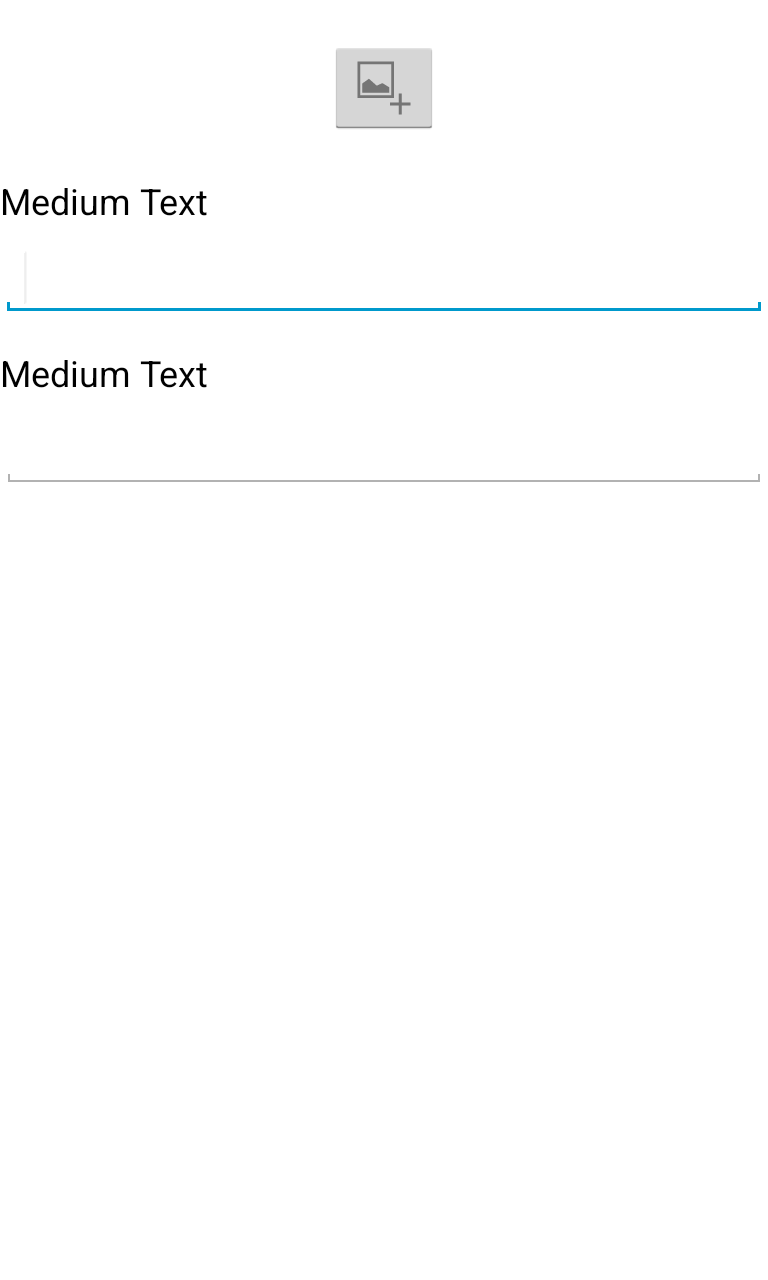
Repository: laurenelder/MDF3
Layout: Week 4/PhotoLocationApp/res/layout/activity_form.xml
An editor plug-in stored every save of this project. The layout is shown before and after the next save, followed by the edit.
It is drawn on a 768 x 1280 px phone screen (xhdpi) without system bars, with theme AppTheme; the app's code is not run.

Above is the layout before, as saved 2014-09-22 23:47:57.

### Week 4/PhotoLocationApp/res/layout/activity_form.xml
<?xml version="1.0" encoding="utf-8"?>
<LinearLayout xmlns:android="http://schemas.android.com/apk/res/android"
    android:layout_width="match_parent"
    android:layout_height="match_parent"
    android:orientation="vertical" >

    <ImageButton
        android:id="@+id/imageButton1"
        android:layout_width="wrap_content"
        android:layout_height="wrap_content"
        android:layout_gravity="center"
        android:layout_marginTop="20dp"
        android:src="@drawable/ic_action_new_picture" />

    <TextView
        android:id="@+id/textView1"
        android:layout_width="wrap_content"
        android:layout_height="wrap_content"
        android:layout_marginTop="20dp"
        android:text="Medium Text"
        android:textAppearance="?android:attr/textAppearanceMedium" />

    <EditText
        android:id="@+id/editText1"
        android:layout_width="match_parent"
        android:layout_height="wrap_content"
        android:layout_marginTop="7dp"
        android:ems="10" >

        <requestFocus />
    </EditText>

    <TextView
        android:id="@+id/textView2"
        android:layout_width="wrap_content"
        android:layout_height="wrap_content"
        android:layout_marginTop="15dp"
        android:text="Medium Text"
        android:textAppearance="?android:attr/textAppearanceMedium" />

    <EditText
        android:id="@+id/editText2"
        android:layout_width="match_parent"
        android:layout_height="wrap_content"
        android:layout_marginTop="7dp"
        android:ems="10" />

</LinearLayout>

Loaded but not shown: Week 4/PhotoLocationApp/res/values/styles.xml (common file); Week 4/PhotoLocationApp/res/values-v11/styles.xml (common file); Week 4/PhotoLocationApp/res/values-v14/styles.xml (common file)

After the next save:
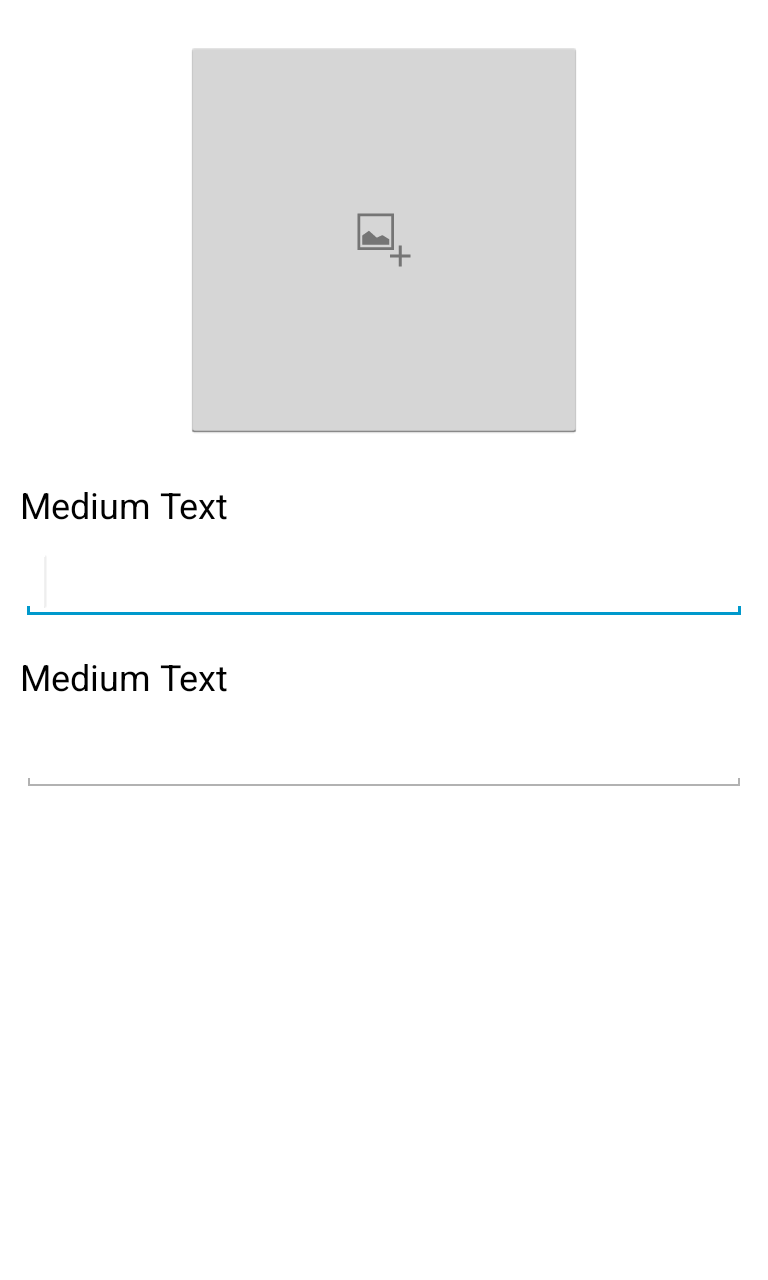
Saved 96 s later.
--- a/Week 4/PhotoLocationApp/res/layout/activity_form.xml
+++ b/Week 4/PhotoLocationApp/res/layout/activity_form.xml
@@ -6,8 +6,8 @@
 
     <ImageButton
         android:id="@+id/imageButton1"
-        android:layout_width="wrap_content"
-        android:layout_height="wrap_content"
+        android:layout_width="200dp"
+        android:layout_height="200dp"
         android:layout_gravity="center"
         android:layout_marginTop="20dp"
         android:src="@drawable/ic_action_new_picture" />
@@ -17,6 +17,8 @@
         android:layout_width="wrap_content"
         android:layout_height="wrap_content"
         android:layout_marginTop="20dp"
+        android:layout_marginLeft="10dp"
+        android:layout_marginRight="10dp"
         android:text="Medium Text"
         android:textAppearance="?android:attr/textAppearanceMedium" />
 
@@ -25,6 +27,8 @@
         android:layout_width="match_parent"
         android:layout_height="wrap_content"
         android:layout_marginTop="7dp"
+        android:layout_marginLeft="10dp"
+        android:layout_marginRight="10dp"
         android:ems="10" >
 
         <requestFocus />
@@ -35,6 +39,8 @@
         android:layout_width="wrap_content"
         android:layout_height="wrap_content"
         android:layout_marginTop="15dp"
+        android:layout_marginLeft="10dp"
+        android:layout_marginRight="10dp"
         android:text="Medium Text"
         android:textAppearance="?android:attr/textAppearanceMedium" />
 
@@ -43,6 +49,8 @@
         android:layout_width="match_parent"
         android:layout_height="wrap_content"
         android:layout_marginTop="7dp"
+        android:layout_marginLeft="10dp"
+        android:layout_marginRight="10dp"
         android:ems="10" />
 
 </LinearLayout>
